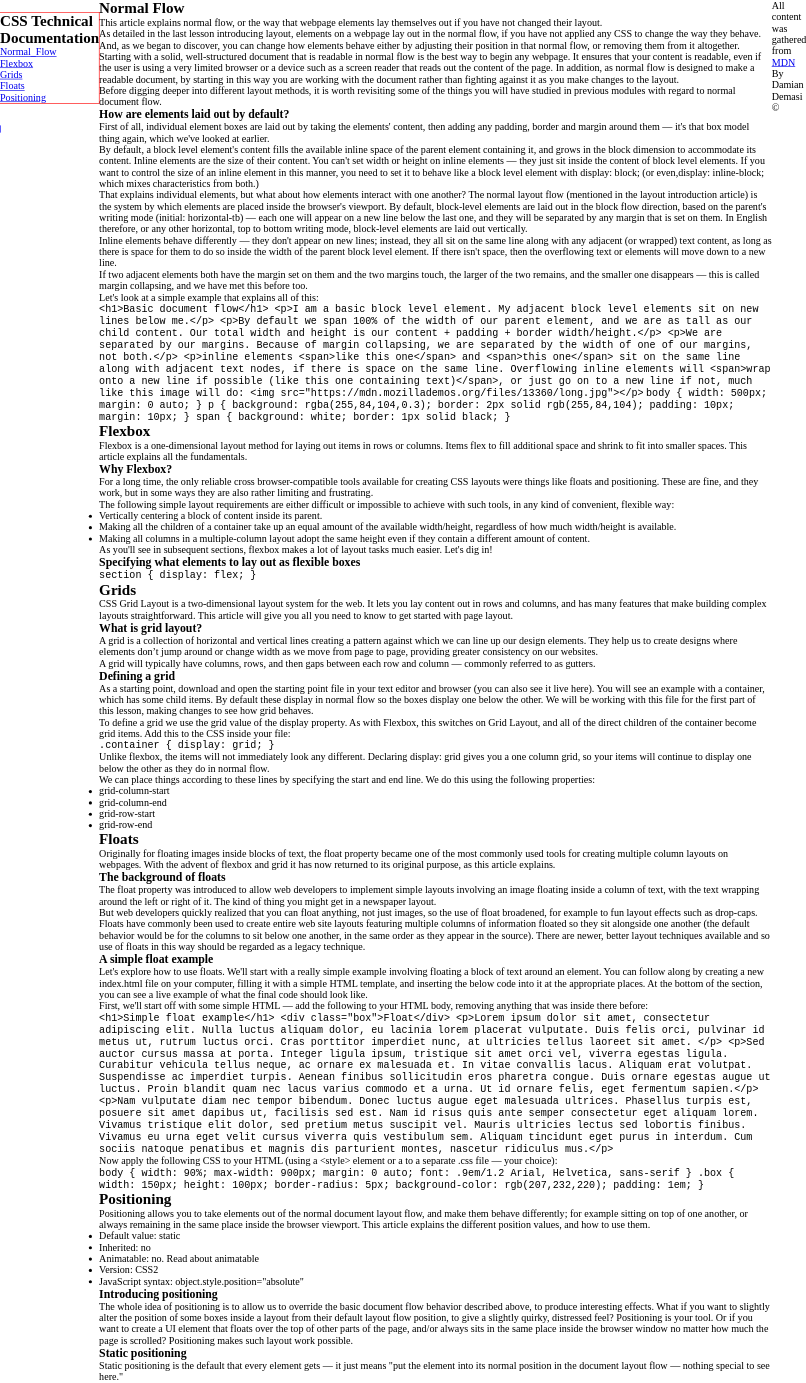
Repository: Colo-Codes/freecodecamp-04-Technical-Documentation-Page
Page: index.html
These files come from the project's save history. The page is drawn as it stood at one moment and after the next save; the edit follows.
The browser window is 1280 px wide. The pictures show the whole page, at 63% of full size.

Above is the page before, as saved 2021-05-21 11:43:50.

After the next save:
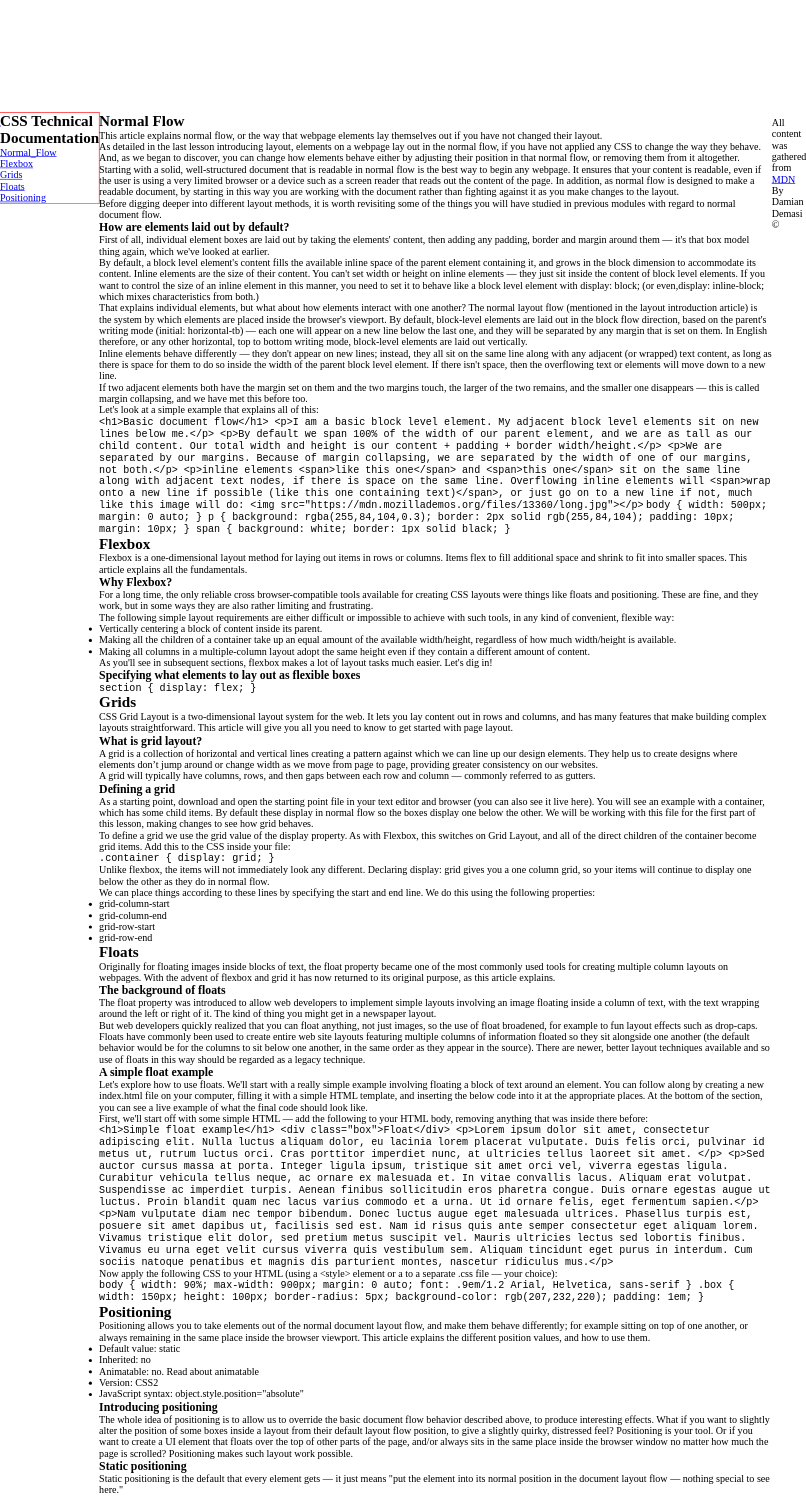
Saved 22 s later.
--- a/resources/css/index.css
+++ b/resources/css/index.css
@@ -17,13 +17,11 @@
     display: flex;
     /* flex-flow: wrap; */
     /* align-items: flex-start; */
-    align-items: flex-start;
+    align-items: baseline;
 }
 #navbar-margin {
     margin-top: 200px;
     outline: 1px solid blue;
-    align-self: baseline;
-    height: 10px;
 }
 #navbar-block {
     position: sticky;

After the save that followed:
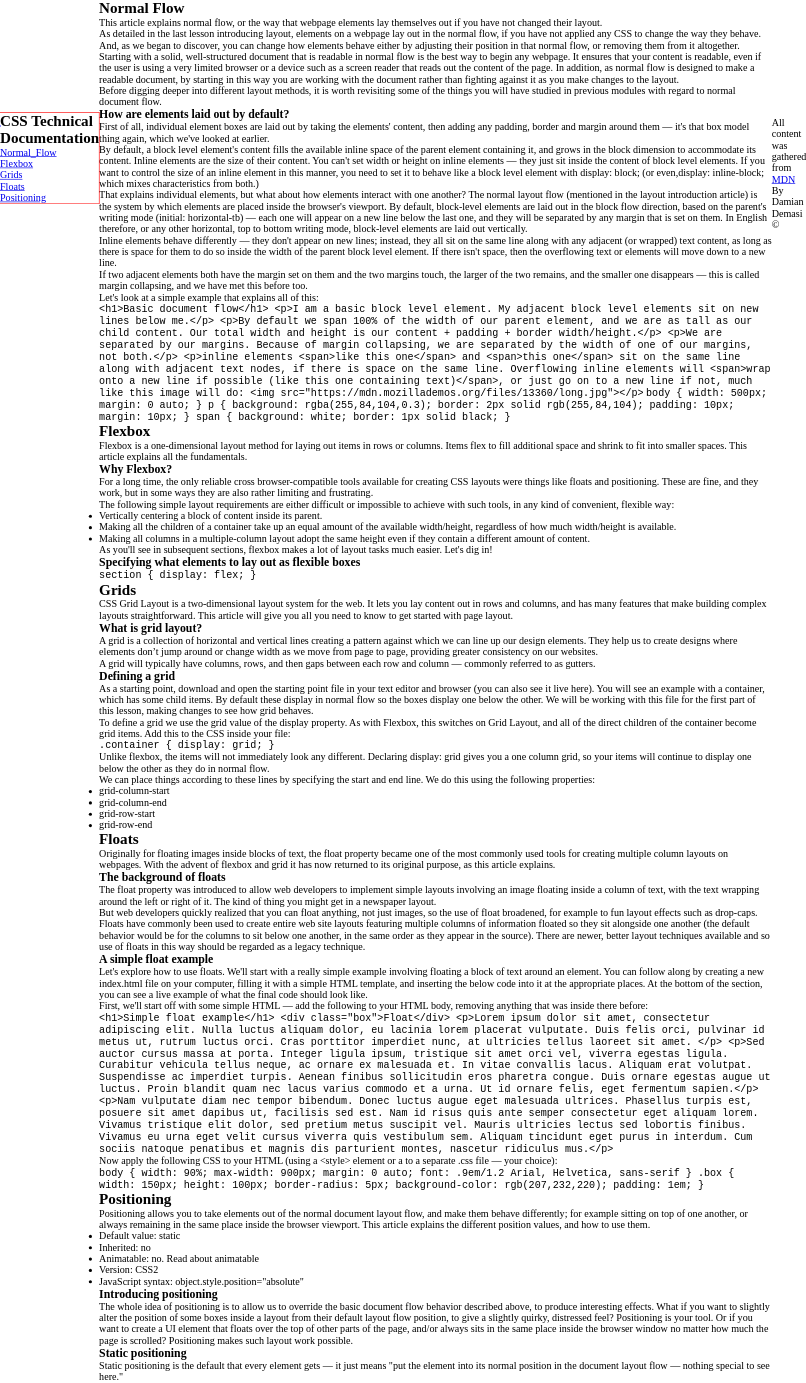
Saved 18 s later.
--- a/resources/css/index.css
+++ b/resources/css/index.css
@@ -40,3 +40,7 @@
     position: sticky;
     top: 20px;
 }
+
+main {
+    align-self: flex-start;
+}
